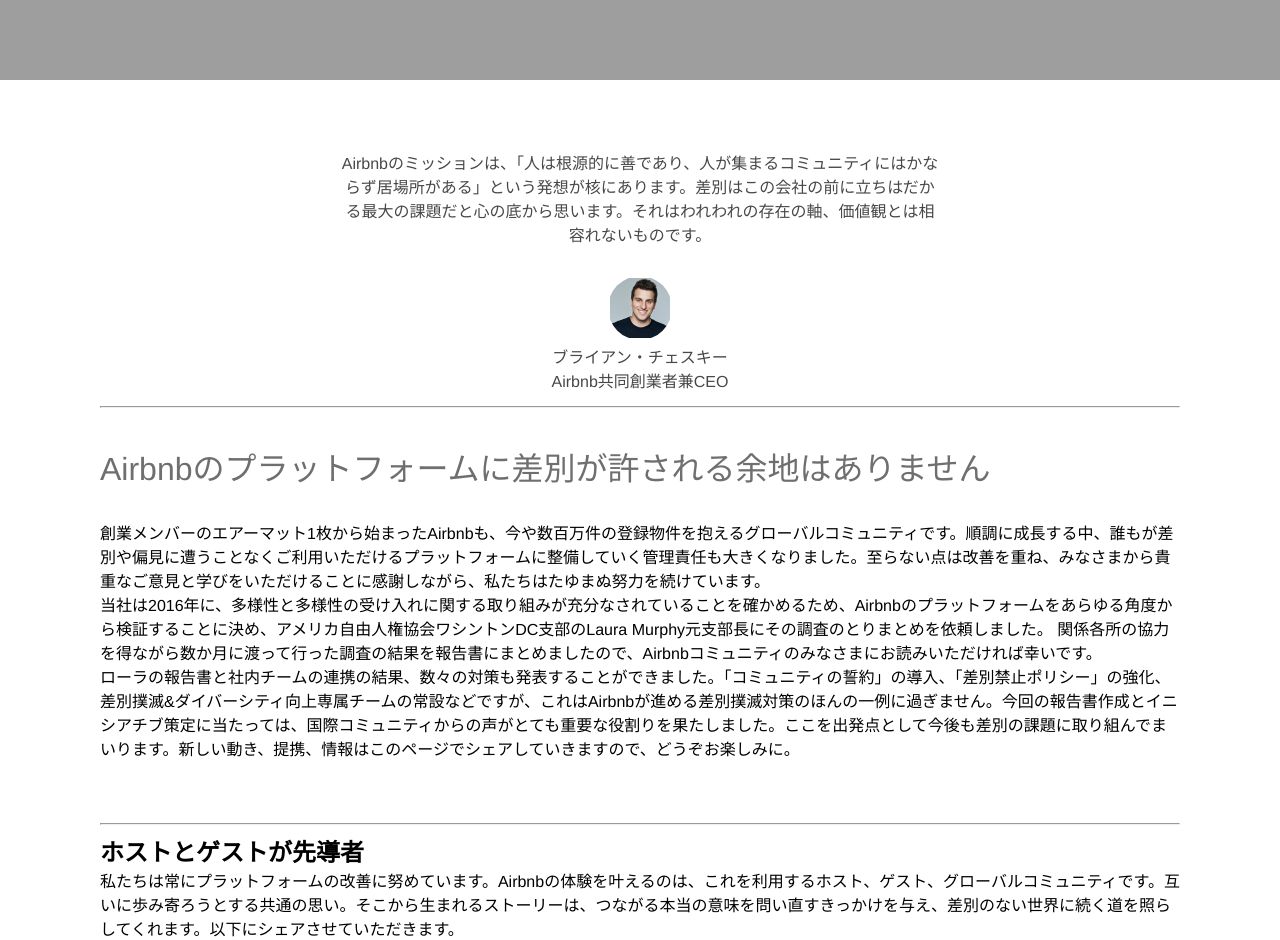
Repository: Ryoma-tech/20200622_htmlcss01
Page: index.html
These files come from the project's save history. The page is drawn as it stood at one moment and after a run of saves; the edit follows.
The browser window is 1280 px wide. The pictures show the part of the page from y = 568 to 1520 px (the page is 1508 px tall before and 1520 px after).
Pictures or frames that could not be fetched are drawn as grey boxes.

Above is the page before, as saved 2020-06-23 16:03:21.

After the next 2 saves:
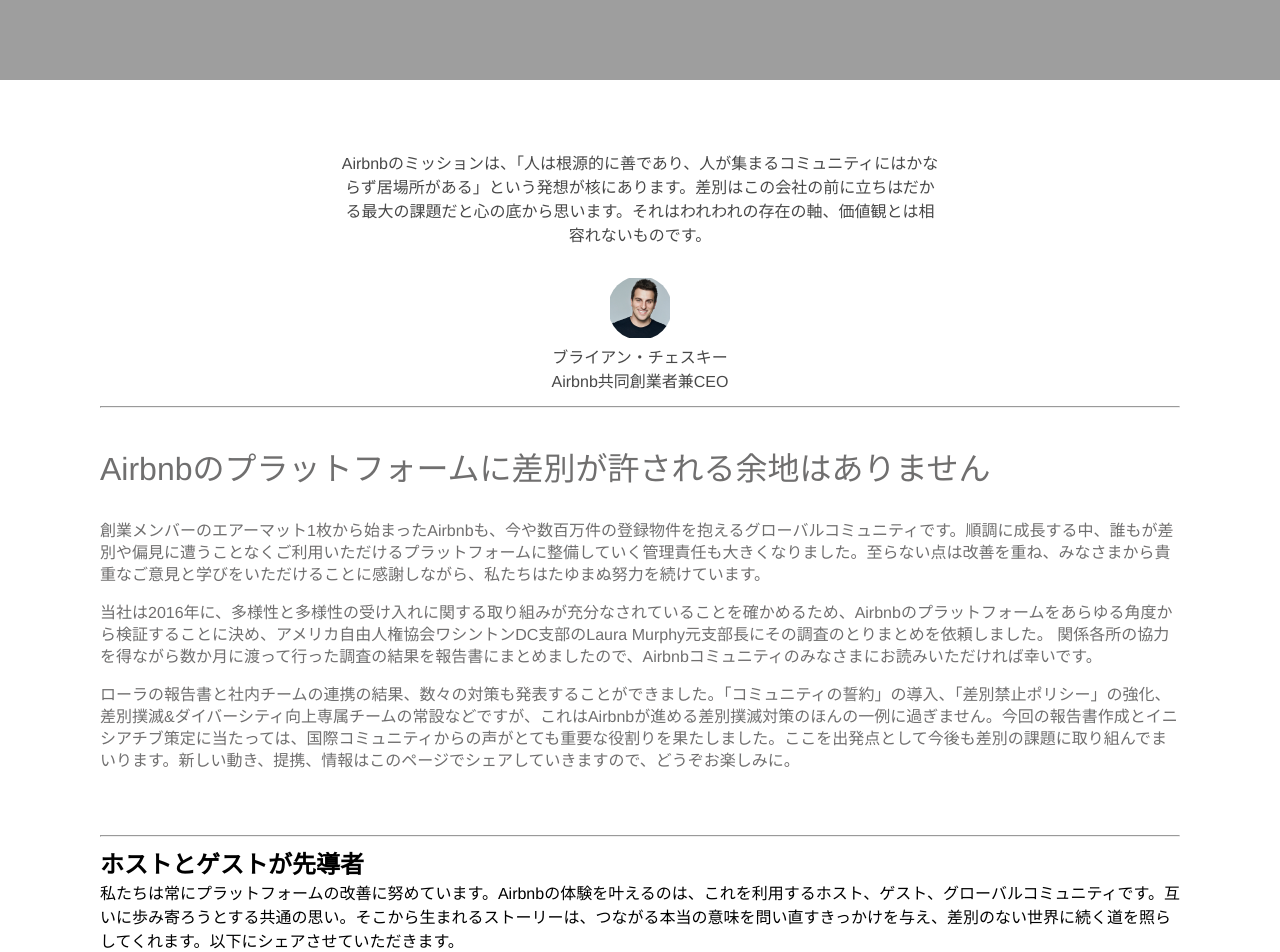
The 2 saves are shown as one change because they came seconds apart.
The last was saved 9 s later.
--- a/style.css
+++ b/style.css
@@ -164,8 +164,10 @@
     line-height: 36px;
     margin-bottom: 33px;
     color: #706f6f;
-    .section2 p {
-        margin-bottom: 16px;
-        color: #706f6f;
-        line-height: 22px;
-    }
+}
+
+.section2 p {
+    margin-bottom: 16px;
+    color: #706f6f;
+    line-height: 22px;
+}
